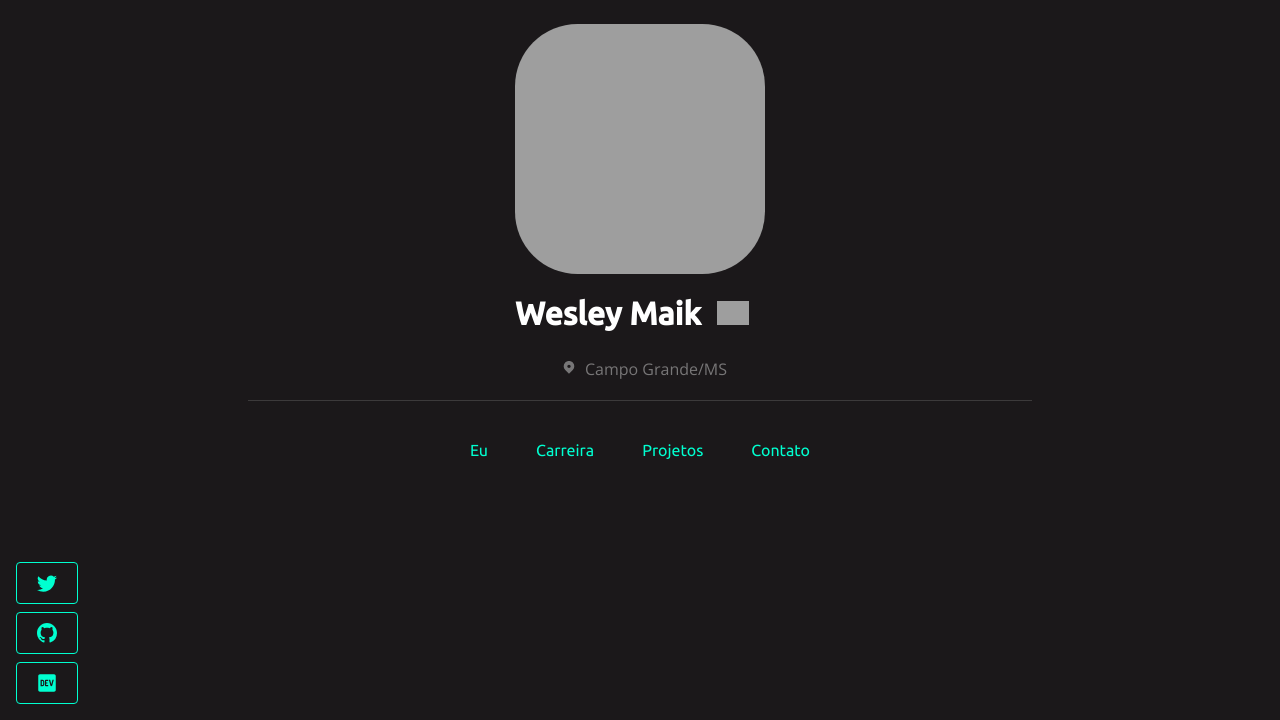
Repository: WesleyMaik/wesleymaik.github.io
Page: /
The author's editor kept a copy of each file at every save. The page is drawn from the files as they stood at one save, then again after the next save.
The browser window is 1280 px wide. The pictures show the whole page.
Pictures or frames that could not be fetched are drawn as grey boxes. The page's requests for data from a server got no answer. The project was rebuilt for these pictures with package versions that can differ from the ones it lists, and the page was loaded fresh each time. No one was signed in, and anything a server would have sent is missing. Also part of the build but not shown: vite.config.ts.

Above is the page before, as saved 2022-08-08 17:39:38.

After the next save:
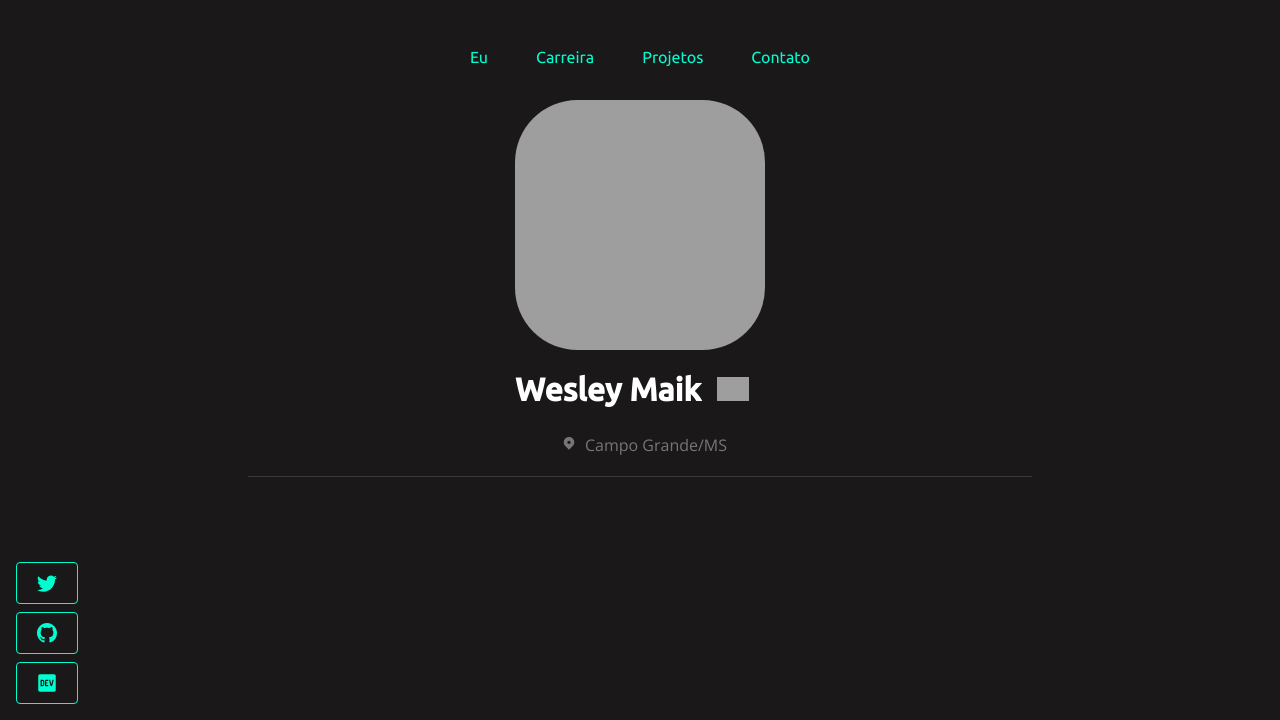
Saved 61 s later.
--- a/src/components/template/header.tsx
+++ b/src/components/template/header.tsx
@@ -27,6 +27,7 @@
 
     return(
         <Header>
+            <Navigation />
             <Avatar />
             <h1 className="title">
                 <span>Wesley Maik</span>
@@ -41,7 +42,6 @@
             <Github />
             <hr />
             <SocialFloat />
-            <Navigation />
         </Header>
     )
 };
